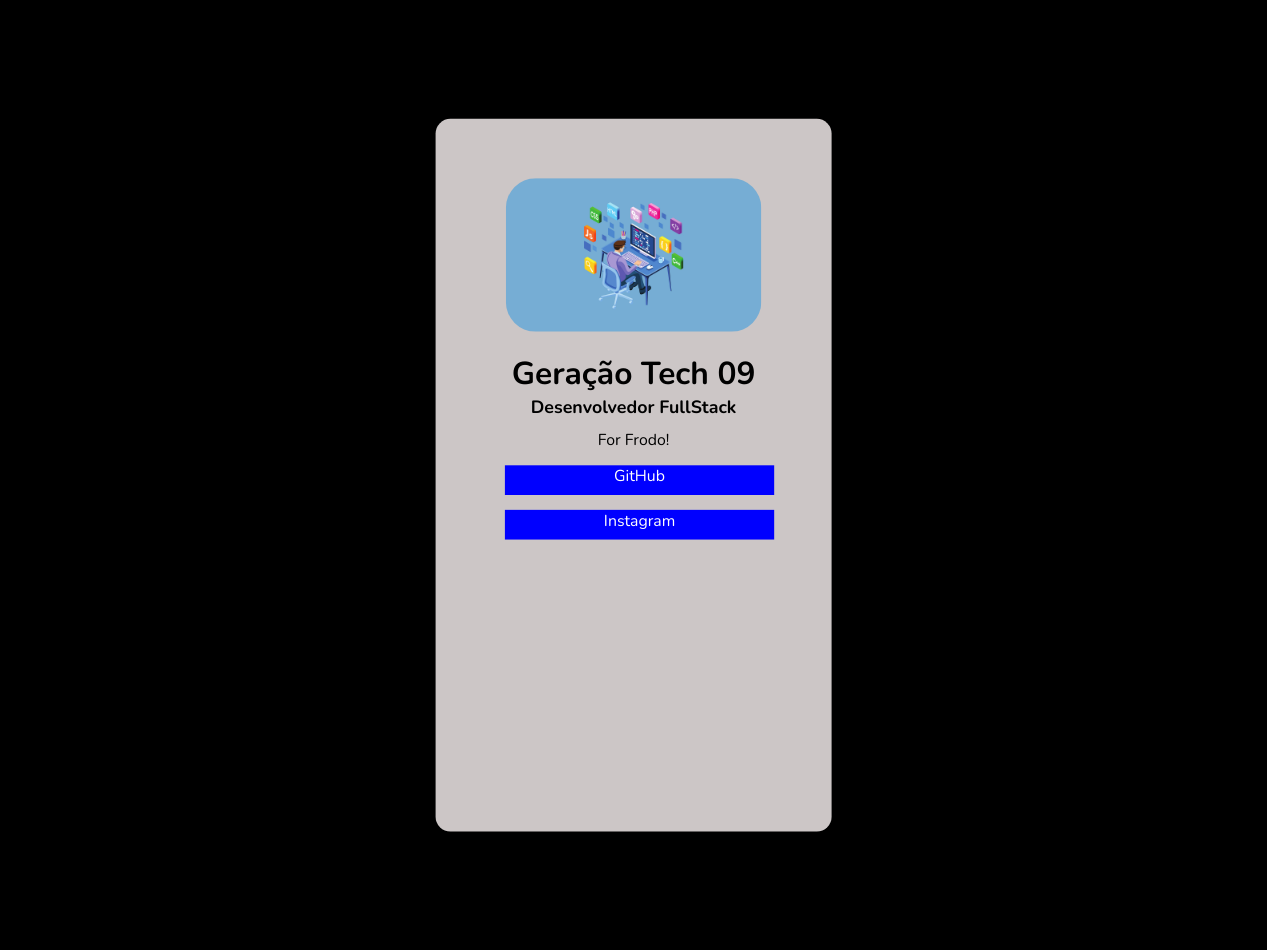
Repository: medeirosregis/linktree-gt09
Page: index.html
These files come from the project's save history. The page is drawn as it stood at one moment and after the next save; the edit follows.
The browser window is 1280 px wide. The pictures show the whole page, at 99% of full size.

Above is the page before, as saved 2025-04-11 09:30:24.

After the next save:
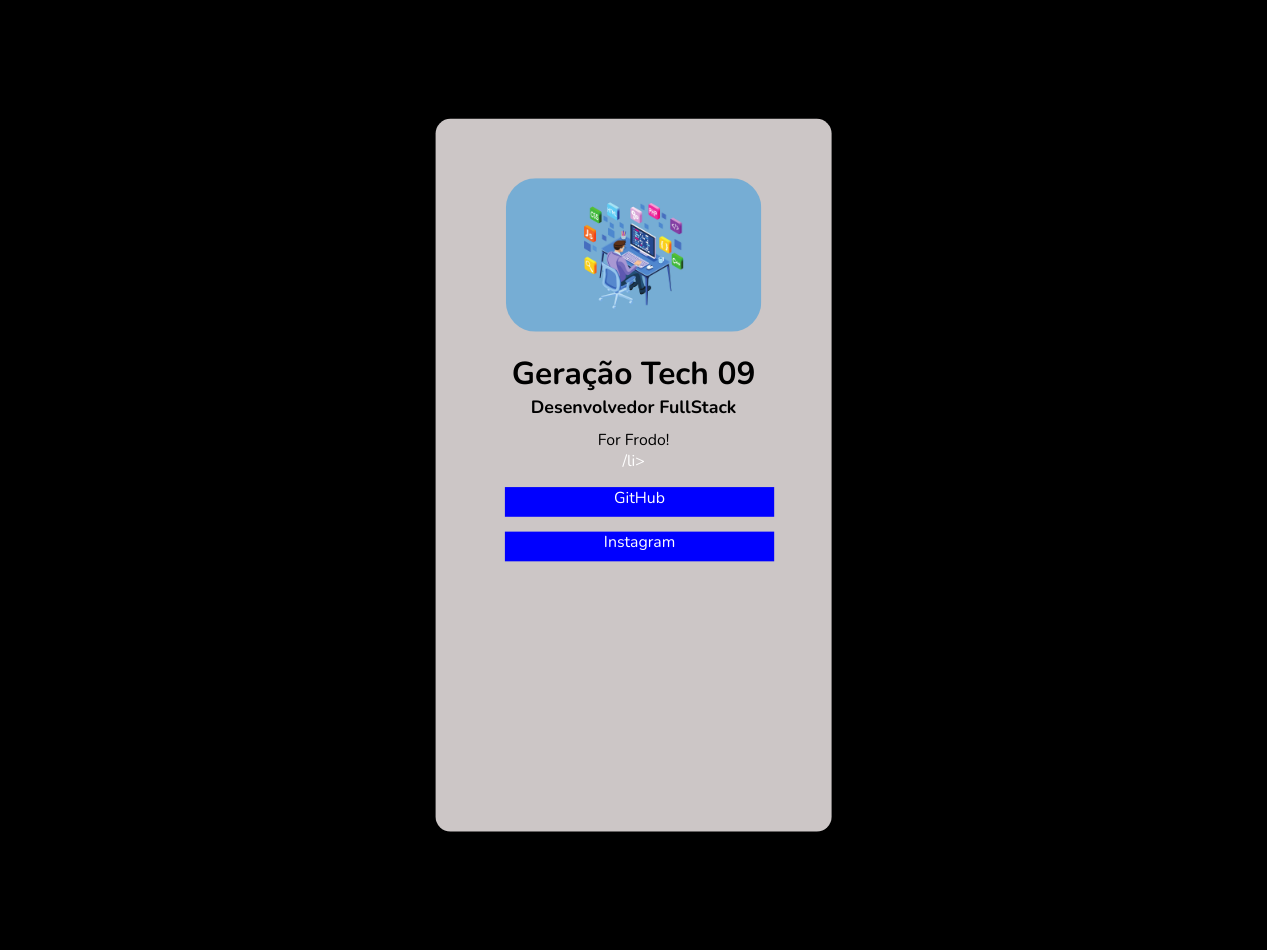
Saved 10 s later.
--- a/index.html
+++ b/index.html
@@ -25,8 +25,7 @@
         <div class="container-social">
             <ul>
                 <a href="https://www.linkedin.com/login/pt" target="_blank">
-
-                </li>
+                /li>
                 <li>
                     <a href="https://github.com/medeirosregis" target="_blank">
                         GitHub
